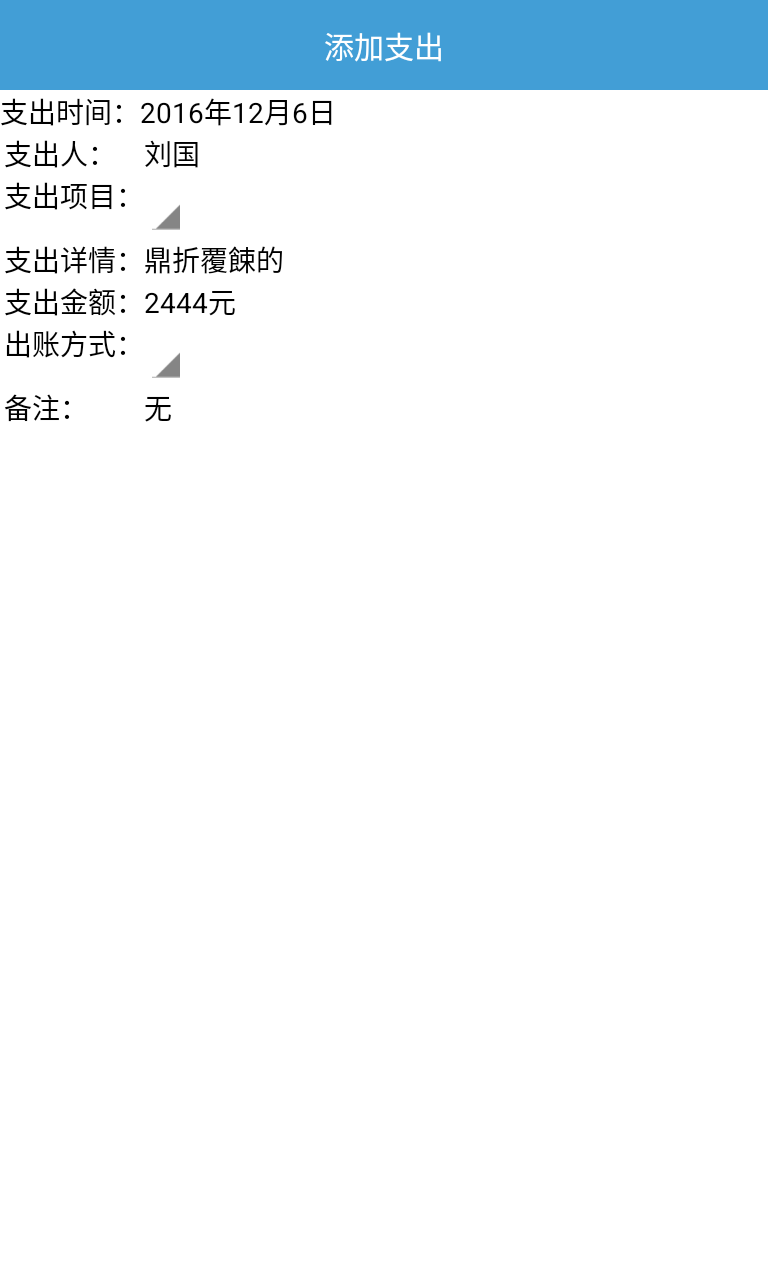
Repository: MySixGad/MyBill
Layout: Bill/Bill/res/layout/activity_inset_out_rmb.xml
These files come from the project's save history. The layout is drawn as it stood at one moment and after the next save; the edit follows.
It is drawn on a 768 x 1280 px phone screen (xhdpi) without system bars, with theme AppTheme; the app's code is not run.

Above is the layout before, as saved 2016-12-09 10:26:54.

### Bill/Bill/res/layout/activity_inset_out_rmb.xml
<LinearLayout xmlns:android="http://schemas.android.com/apk/res/android"
    xmlns:tools="http://schemas.android.com/tools"
    android:layout_width="match_parent"
    android:layout_height="match_parent"
    android:orientation="vertical"
    tools:context=".Inset_inRMBActivity" >

    <TextView
        android:id="@+id/textView1"
        style="@style/Title_1"
        android:text="添加支出" />

    <LinearLayout
        android:layout_width="match_parent"
        android:layout_height="wrap_content"
        android:orientation="horizontal" >

        <TextView
            android:id="@+id/textView2"
            android:layout_width="70dp"
            android:layout_height="wrap_content"
            android:text="支出时间："
            android:textColor="#000" />

        <TextView
            android:id="@+id/textView2"
            android:layout_width="wrap_content"
            android:layout_height="wrap_content"
            android:text="2016年12月6日"
            android:textColor="#000" />
    </LinearLayout>

    <!-- 第二行 -->

    <LinearLayout
        android:layout_width="match_parent"
        android:layout_height="wrap_content"
        android:layout_marginLeft="2dp"
        android:orientation="horizontal" >

        <TextView
            android:id="@+id/textView2"
            android:layout_width="70dp"
            android:layout_height="wrap_content"
            android:text="支出人："
            android:textColor="#000" />

        <TextView
            android:id="@+id/textView2"
            android:layout_width="wrap_content"
            android:layout_height="wrap_content"
            android:text="刘国"
            android:textColor="#000" />
    </LinearLayout>

    <LinearLayout
        android:layout_width="match_parent"
        android:layout_height="wrap_content"
        android:layout_marginLeft="2dp"
        android:orientation="horizontal" >

        <TextView
             android:gravity="center"
            android:id="@+id/textView2"
            android:layout_width="wrap_content"
            android:layout_height="wrap_content"
            android:text="支出项目："
            android:textColor="#000" />

      <Spinner
        android:id="@+id/si_1"

        android:layout_width="wrap_content"
        android:layout_height="wrap_content" />
    </LinearLayout>


      <LinearLayout
        android:layout_width="match_parent"
        android:layout_height="wrap_content"
        android:layout_marginLeft="2dp"
        android:orientation="horizontal" >

        <TextView
            android:id="@+id/textView2"
            android:layout_width="70dp"
            android:layout_height="wrap_content"
            android:text="支出详情："
            android:textColor="#000" />

        <TextView
            android:id="@+id/textView2"
            android:layout_width="wrap_content"
            android:layout_height="wrap_content"
            android:text="鼎折覆餗的"
            android:textColor="#000" />
    </LinearLayout>

      <LinearLayout
        android:layout_width="match_parent"
        android:layout_height="wrap_content"
        android:layout_marginLeft="2dp"
        android:orientation="horizontal" >

        <TextView
            android:id="@+id/textView2"
            android:layout_width="70dp"
            android:layout_height="wrap_content"
            android:text="支出金额："
            android:textColor="#000" />

        <TextView
            android:id="@+id/textView2"
            android:layout_width="wrap_content"
            android:layout_height="wrap_content"
            android:text="2444元"
            android:textColor="#000" />
    </LinearLayout>


      <LinearLayout
        android:layout_width="match_parent"
        android:layout_height="wrap_content"
        android:layout_marginLeft="2dp"
        android:orientation="horizontal" >

        <TextView
             android:gravity="center"
            android:id="@+id/textView2"
            android:layout_width="wrap_content"
            android:layout_height="wrap_content"
            android:text="出账方式："
            android:textColor="#000" />

      <Spinner
        android:id="@+id/si_1"

        android:layout_width="wrap_content"
        android:layout_height="wrap_content" />
    </LinearLayout>

            <LinearLayout
        android:layout_width="match_parent"
        android:layout_height="wrap_content"
        android:layout_marginLeft="2dp"
        android:orientation="horizontal" >

        <TextView
            android:id="@+id/textView2"
            android:layout_width="70dp"
            android:layout_height="wrap_content"
            android:text="备注："
            android:textColor="#000" />

        <TextView
            android:id="@+id/textView2"
            android:layout_width="wrap_content"
            android:layout_height="wrap_content"
            android:text="无"
            android:textColor="#000" />
    </LinearLayout>

</LinearLayout>

### Bill/Bill/res/values/styles.xml
<resources>

    <style name="AppBaseTheme" parent="android:Theme.Light"></style>

    <style name="AppTheme" parent="AppBaseTheme"></style>

    <style name="Title_1">
        <item name="android:gravity">center</item>
        <item name="android:textColor">#fff</item>
        <item name="android:textSize">15sp</item>
        <item name="android:layout_width">match_parent</item>
        <item name="android:layout_height">45dp</item>
        <item name="android:background">#429ED6</item>
    </style>

     <style name="Button_1">
        <item name="android:textColor">#fff</item>
        <item name="android:textSize">12sp</item>
        <item name="android:background">#429ED6</item>
    </style>

</resources>

Loaded but not shown: Bill/Bill/res/values-v11/styles.xml (common file); Bill/Bill/res/values-v14/styles.xml (common file)

After the next save:
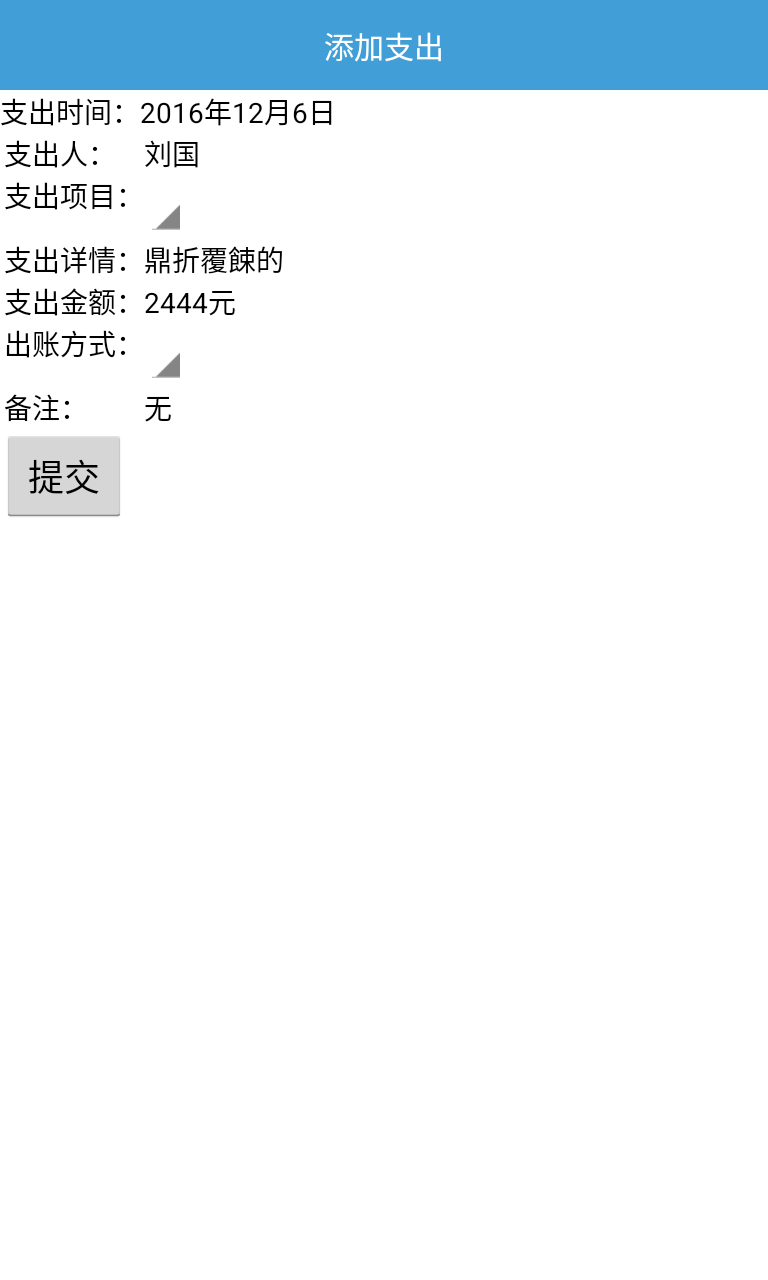
Saved 47 s later.
--- a/Bill/Bill/res/layout/activity_inset_out_rmb.xml
+++ b/Bill/Bill/res/layout/activity_inset_out_rmb.xml
@@ -160,4 +160,10 @@
             android:textColor="#000" />
     </LinearLayout>
 
+            <Button
+                android:id="@+id/button1"
+                android:layout_width="wrap_content"
+                android:layout_height="wrap_content"
+                android:text="提交" />
+
 </LinearLayout>
